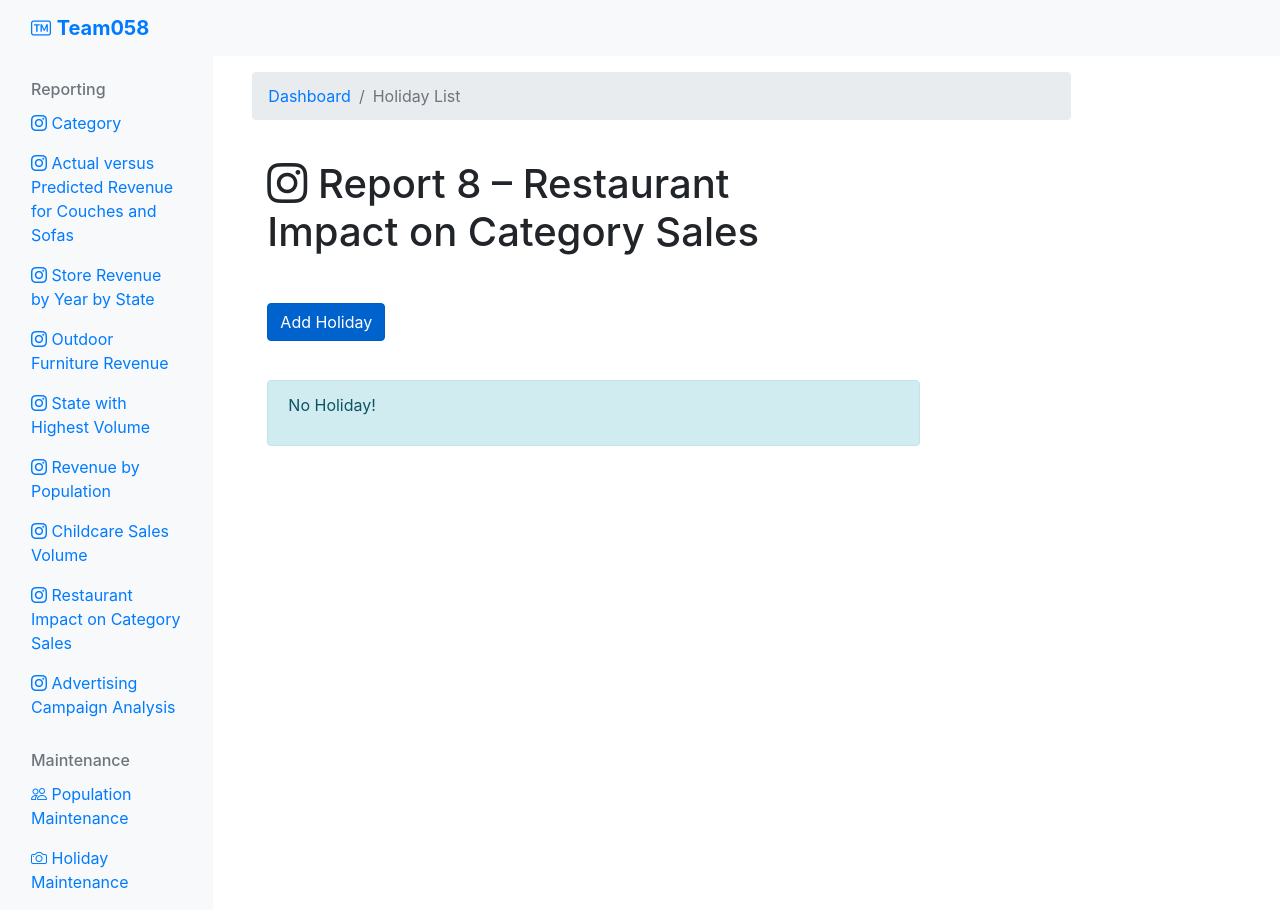
Repository: tex216/Relational-Database-Design-for-Sales-Reporting-System
Page: http://localhost/reporting/report8_restaurant_impact_on_category_sales/
An editor plug-in stored every save of this project. The page is shown before and after the next save, followed by the edit.
The browser window is 1280 px wide. The pictures show the whole page.
Some web libraries are served in a nearby version. The page is served by the project's application, run on Django 3.2 (manage.py). Other server files are loaded and not shown. Queries for data that is not in the repository find no rows.

Above is the page before, as saved 2021-04-03 18:29:56.

### mren40/LSRS/reporting/templates/reporting/report8_restaurant_impact_on_category_sales.html
{% extends "_layout.html" %}

{% block content %}

<style>
    form {
        text-align: left;
    }

    .btnSubmit {
        display: block;
        text-align: center;
        margin: 0 auto;
    }
</style>

<main class="container" role="main">
    <div class="row">
        <div class="col-md-10">
            <nav aria-label="breadcrumb">
                <ol class="breadcrumb">
                    <li class="breadcrumb-item"><a href="{% url 'index' %}">Dashboard</a></li>
                    <li class="breadcrumb-item active" aria-current="page">Holiday List</li>
                </ol>
            </nav>

            <br />
            <div class="align-items-center bg-purple rounded ">
                <h1 class="col-md-8">
                    <i class="bi bi-instagram"></i>
                    <p2>Report 8 – Restaurant Impact on Category Sales</p2>
                </h1>
            </div>

            <br />
            <div class="align-items-right bg-purple rounded" style="margin: 15px">
                <button class="btn btn-primary active" id="btnAddHoliday"
                    onclick="location.href='/reporting/holiday/add_holiday/'" type="button">
                    Add Holiday
                </button>
            </div>

            <br />
            <div class="align-items-center bg-purple rounded" id="divHolidayList">
                <div class="col-md-10">
                    {% if holidayList %}
                    <table class="table">
                        <thead class="thead-light">
                            <tr>
                                <th scope="col"></th>
                                <th scope="col">Holiday Date</th>
                                <th scope="col">Holiday Name</th>
                            </tr>
                        </thead>
                        <tbody>
                            {% for holiday in holidayList %}
                            <tr>
                                <th scope="row"></th>
                                <td>{{ holiday.Date }}</td>
                                <td>{{ holiday.Name }}</td>
                            </tr>
                            {% endfor %}
                        </tbody>
                    </table>
                    {% else %}
                    <div class="alert alert-info" role="alert">
                        <p>No Holiday!</p>
                    </div>
                    {% endif %}
                </div>
            </div>
        </div>
    </div>
</main>

{% endblock %}

### mren40/LSRS/reporting/templates/_layout.html
<!DOCTYPE html>
<html lang="en">

<head>
  <meta charset="utf-8" />
  <meta http-equiv="X-UA-Compatible" content="IE=edge,chrome=1" />
  <meta name="viewport" content="width=device-width, initial-scale=1, shrink-to-fit=no">
  <title>LEOFURN Sales Reporting System</title>
  <link rel="shortcut icon" href="https://omscs.gatech.edu/sites/all/themes/gt_subtheme/favicon.ico"
    type="image/vnd.microsoft.icon" />

  <script src="https://code.jquery.com/jquery-3.6.0.min.js"
    integrity="sha256-/xUj+3OJU5yExlq6GSYGSHk7tPXikynS7ogEvDej/m4=" crossorigin="anonymous"></script>

</head>

<body>
  <nav class="navbar navbar-light bg-light" style="background-color: background-color: #f8f9fa!important">
    <div class="container-fluid">
      <a class="navbar-brand text-primary" href="/reporting/">
        <i class="bi bi-badge-tm"></i>
        <strong>Team058</strong>
      </a>
    </div>
  </nav>

  <div class="container-fluid">
    <div class="row">
      <nav class="col-md-2 d-none d-md-block bg-light sidebar" style="min-height: calc(100vh - 50px)">
        <div class="sidebar-sticky">
          <h6 class="sidebar-heading d-flex justify-content-between align-items-center px-3 mt-4 mb-1 text-muted">
            <span>Reporting</span>
          </h6>
          <ul class="nav flex-column mb-2">
            <li class="nav-item">
              <a class="nav-link" href="#">
                <i class="bi bi-instagram"></i>
                Category
              </a>
            </li>
            <li class="nav-item">
              <a class="nav-link" href="#">
                <i class="bi bi-instagram"></i>
                Actual versus Predicted Revenue for Couches and Sofas
              </a>
            </li>
            <li class="nav-item">
              <a class="nav-link" href="#">
                <i class="bi bi-instagram"></i>
                Store Revenue by Year by State
              </a>
            </li>
            <li class="nav-item">
              <a class="nav-link" href="#">
                <i class="bi bi-instagram"></i>
                Outdoor Furniture Revenue
              </a>
            </li>
            <li class="nav-item">
              <a class="nav-link" href="#">
                <i class="bi bi-instagram"></i>
                State with Highest Volume
              </a>
            </li>
            <li class="nav-item">
              <a class="nav-link" href="#">
                <i class="bi bi-instagram"></i>
                Revenue by Population
              </a>
            </li>
            <li class="nav-item">
              <a class="nav-link" href="#">
                <i class="bi bi-instagram"></i>
                Childcare Sales Volume
              </a>
            </li>
            <li class="nav-item">
              <a class="nav-link" href="{% url 'report8_restaurant_impact_on_category_sales' %}">
                <i class="bi bi-instagram"></i>
                Restaurant Impact on Category Sales
              </a>
            </li>
            <li class="nav-item">
              <a class="nav-link" href="{% url 'report9_advertising_campaign_analysis' %}">
                <i class="bi bi-instagram"></i>
                Advertising Campaign Analysis
              </a>
            </li>
          </ul>

          <h6 class="sidebar-heading d-flex justify-content-between align-items-center px-3 mt-4 mb-1 text-muted">
            <span>Maintenance</span>
          </h6>
          <ul class="nav flex-column mb-2">
            <li class="nav-item">
              <a class="nav-link" href="{% url 'population' %}">
                <i class="bi bi-people"></i>
                Population Maintenance
              </a>
            </li>
            <li class="nav-item">
              <a class="nav-link" href="{% url 'holiday' %}">
                <i class="bi bi-camera"></i>
                Holiday Maintenance
              </a>
            </li>
          </ul>
        </div>
      </nav>

      <section role="main" class="col-md-9 ml-sm-auto col-lg-10 pt-3 px-4">

        <div class="d-flex justify-content-between flex-wrap flex-md-nowrap align-items-center pb-2 mb-3">

          {% block content %}{% endblock %}

        </div>

      </section>
    </div>
  </div>

  <!-- Google Font -->
  <link defer href="https://fonts.googleapis.com/css?family=Nunito:300,300i,400,600,800" rel="stylesheet">
  <!-- Bootstrap Icons -->
  <link defer rel="stylesheet" href="https://cdn.jsdelivr.net/npm/bootstrap-icons@1.4.0/font/bootstrap-icons.css">
  <link defer rel="stylesheet" href="https://maxcdn.bootstrapcdn.com/bootstrap/4.0.0/css/bootstrap.min.css"
    integrity="sha384-Gn5384xqQ1aoWXA+058RXPxPg6fy4IWvTNh0E263XmFcJlSAwiGgFAW/dAiS6JXm" crossorigin="anonymous">


</body>

</html>

### mren40/LSRS/reporting/reports/report8.py
from django.views import generic
from django.shortcuts import render
from reporting.repository.sqlhelper import SqlHelper


class GetReport(generic.ListView):
    template_name = "reporting/report8_restaurant_impact_on_category_sales.html"
    context_object_name = "report8"

    def get_queryset(self):
        obj = SqlHelper()
        report_res = obj.get_report8()
        obj.close()
        return report_res

### mren40/LSRS/reporting/repository/sqlhelper.py
import pymysql


class SqlHelper(object):
    def __init__(self):
        self.conn = pymysql.connect(
            host="127.0.0.1", port=3306, user="root", passwd="spring2021_cs6400", db="cs6400_sp21_team058"
        )
        self.cursor = self.conn.cursor(cursor=pymysql.cursors.DictCursor)

    def get_report8(self):
        self.cursor.execute(
            "SELECT COLS.Category, COLS.`Store Type`, IFNULL(ACT.`Quantity Sold`, 0) "
            "FROM "
            "( ( SELECT C01.Category_Name AS Category, 'Restaurant' AS `Store Type` FROM CATEGORY AS C01) "
            "UNION "
            "( SELECT C02.Category_Name AS Category, 'Non-restaurant' AS `Store Type` FROM CATEGORY AS C02) ) "
            "AS COLS "
            "LEFT JOIN "
            "(SELECT C.Category_Name AS Category, "
            "IF(T.Has_Restaurant IS TRUE, 'Restaurant', 'Non-restaurant') AS `Store Type`, "
            "SUM(S.Quantity) AS `Quantity Sold` "
            "FROM CATEGORY AS C "
            "INNER JOIN ASSIGNED AS A ON C.Category_Name = A.Category_Name "
            "INNER JOIN PRODUCT AS P ON A.PID = P.PID "
            "INNER JOIN SALE AS S ON P.PID = S.PID "
            "INNER JOIN STORE AS T ON S.Store_Number = T.Store_Number "
            "GROUP BY Category, `Store Type` "
            ") AS ACT "
            "ON COLS.Category = ACT.Category AND COLS.`Store Type` = ACT.`Store Type` "
            "ORDER BY COLS.Category ASC, COLS.`Store Type` ASC; "
        )
        report8_res = self.cursor.fetchall()
        return report8_res

    def get_report9(self):
        self.cursor.execute(
            "SELECT `Product ID`, `Product Name`, `Sold During Campaign`, `Sold Outside Campaign`, Difference "
            "FROM( "
            "( "
            "SELECT P.PID AS `Product ID`, P.Product_Name AS `Product Name`, "
            "SUM(IF(A.`Description` IS NULL,0,1) * IFNULL(S.Quantity,0)) AS `Sold During Campaign`, "
            "SUM(IF(A.`Description` IS NULL,1,0) * IFNULL(S.Quantity,0)) AS `Sold Outside Campaign`, "
            "(SUM(IF(A.`Description` IS NULL,0,1) * IFNULL(S.Quantity,0)) - "
            "SUM(IF(A.`Description` IS NULL,1,0) * IFNULL(S.Quantity,0))) AS Difference "
            "FROM PRODUCT AS P "
            "INNER JOIN DISCOUNT AS I ON P.PID = I.PID "
            "LEFT JOIN SALE AS S ON I.`Date` = S.`Date` AND I.PID = S.PID "
            "LEFT JOIN DAY AS D ON S.`Date` = D.`Date` "
            "LEFT JOIN HOLD AS H ON D.`Date` = H.`Date` "
            "LEFT JOIN ADVERTISING_CAMPAIGN AS A ON H.`Description` = A.`Description` "
            "GROUP BY `Product ID` "
            "ORDER BY Difference DESC "
            "LIMIT 10 "
            ") "
            "UNION "
            "( "
            "SELECT P2.PID AS `Product ID`, P2.Product_Name AS `Product Name`, "
            "SUM(IF(A2.`Description` IS NULL,0,1) * IFNULL(S2.Quantity,0)) AS `Sold During Campaign`, "
            "SUM(IF(A2.`Description` IS NULL,1,0) * IFNULL(S2.Quantity,0)) AS `Sold Outside Campaign`, "
            "(SUM(IF(A2.`Description` IS NULL,0,1) * IFNULL(S2.Quantity,0)) - "
            "SUM(IF(A2.`Description` IS NULL,1,0) * IFNULL(S2.Quantity,0))) AS Difference "
            "FROM PRODUCT AS P2 "
            "INNER JOIN DISCOUNT AS I2 ON P2.PID = I2.PID "
            "LEFT JOIN SALE AS S2 ON I2.`Date` = S2.`Date` AND I2.PID = S2.PID "
            "LEFT JOIN DAY AS D2 ON S2.`Date` = D2.`Date` "
            "LEFT JOIN HOLD AS H2 ON D2.`Date` = H2.`Date` "
            "LEFT JOIN ADVERTISING_CAMPAIGN AS A2 ON H2.`Description` = A2.`Description` "
            "GROUP BY `Product ID` "
            "ORDER BY Difference ASC "
            "LIMIT 10 "
            ") "
            ") AS UN "
            "ORDER BY Difference DESC; "
        )
        report9_res = self.cursor.fetchall()
        return report9_res

    def close(self):
        self.cursor.close()
        self.conn.close()

### mren40/LSRS/common/urls.py
"""common URL Configuration

The `urlpatterns` list routes URLs to views. For more information please see:
    https://docs.djangoproject.com/en/3.1/topics/http/urls/
Examples:
Function views
    1. Add an import:  from my_app import views
    2. Add a URL to urlpatterns:  path('', views.home, name='home')
Class-based views
    1. Add an import:  from other_app.views import Home
    2. Add a URL to urlpatterns:  path('', Home.as_view(), name='home')
Including another URLconf
    1. Import the include() function: from django.urls import include, path
    2. Add a URL to urlpatterns:  path('blog/', include('blog.urls'))
"""
from django.contrib import admin
from django.urls import path
from django.urls import include
from django.conf import settings
from django.conf.urls.static import static
from django.views.generic import RedirectView


urlpatterns = [
    path("reporting/", include("reporting.urls")),
]

urlpatterns += static(settings.STATIC_URL, document_root=settings.STATIC_ROOT)

urlpatterns += [
    path("", RedirectView.as_view(url="/reporting/", permanent=True)),
]

### mren40/LSRS/reporting/urls.py
from django.urls import path
from reporting import views
from reporting.maintenances import holiday
from reporting.maintenances import population
from reporting.reports import report8
from reporting.reports import report9

urlpatterns = [path("", views.index, name="index")]

urlpatterns += [path("holiday/", holiday.HolidayList.as_view(), name="holiday")]

urlpatterns += [path("holiday/add_holiday/", holiday.add_new_holiday, name="add_holiday")]

urlpatterns += [
    path("population/", population.city_population_load, name="population"),
    path("population/get_city_list/", population.get_city_list, name="population_get_city_list"),
    path("population/get_city_population/", population.get_city_population, name="population_get_city_population"),
]

urlpatterns += [
    path(
        "report8_restaurant_impact_on_category_sales/",
        report8.GetReport.as_view(),
        name="report8_restaurant_impact_on_category_sales",
    )
]

urlpatterns += [
    path(
        "report9_advertising_campaign_analysis/",
        report9.GetReport.as_view(),
        name="report9_advertising_campaign_analysis",
    )
]

After the next save:
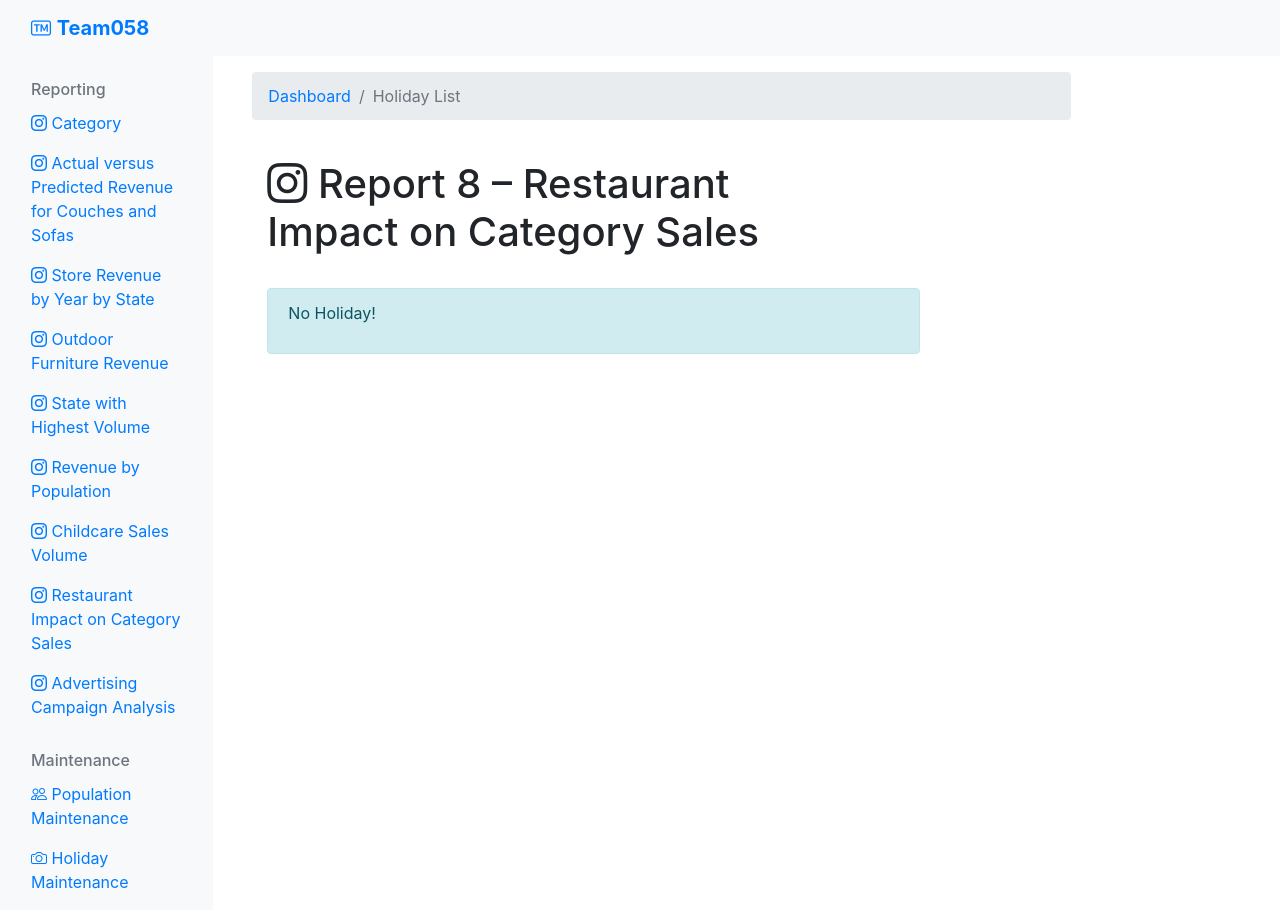
Saved 28 s later.
--- a/mren40/LSRS/reporting/templates/reporting/report8_restaurant_impact_on_category_sales.html
+++ b/mren40/LSRS/reporting/templates/reporting/report8_restaurant_impact_on_category_sales.html
@@ -30,14 +30,6 @@
                     <i class="bi bi-instagram"></i>
                     <p2>Report 8 – Restaurant Impact on Category Sales</p2>
                 </h1>
-            </div>
-
-            <br />
-            <div class="align-items-right bg-purple rounded" style="margin: 15px">
-                <button class="btn btn-primary active" id="btnAddHoliday"
-                    onclick="location.href='/reporting/holiday/add_holiday/'" type="button">
-                    Add Holiday
-                </button>
             </div>
 
             <br />
